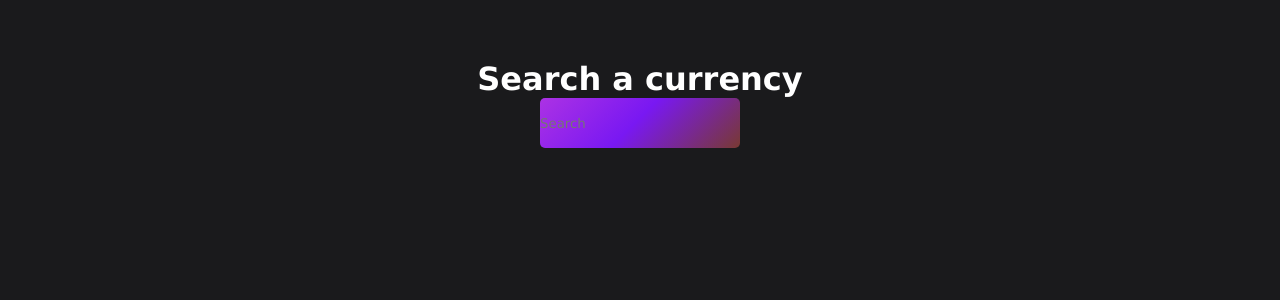
Repository: adder206/react-api-crypto-tracker
Page: /
The author's editor kept a copy of each file at every save. The page is drawn from the files as they stood at one save, then again after the next save.
The browser window is 1280 px wide. The pictures show the whole page.
The page's requests for data from a server got no answer. The project was rebuilt for these pictures with package versions that can differ from the ones it lists, and the page was loaded fresh each time. No one was signed in, and anything a server would have sent is missing. Also part of the build but not shown: src/Coin.js, src/Coin.css.

Above is the page before, as saved 2021-03-12 13:55:38.

After the next save:
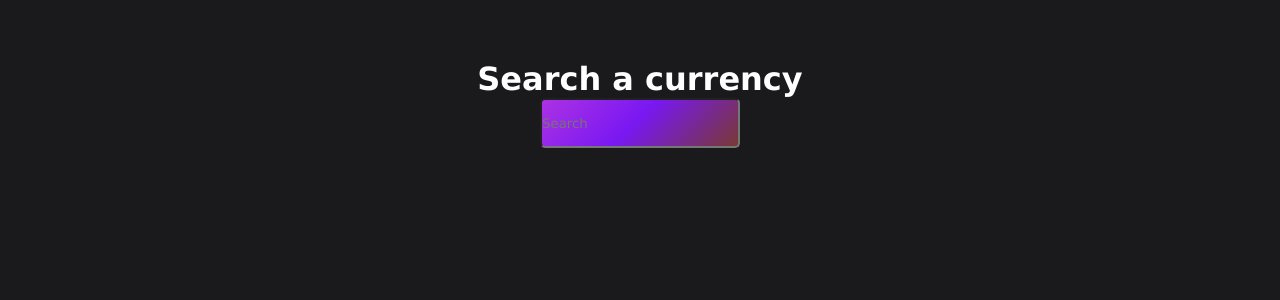
Saved 9 s later.
--- a/src/App.css
+++ b/src/App.css
@@ -28,7 +28,6 @@
   width: 200px;
   height: 50px;
   border-radius: 5px;
-  border: none;
   background-image:linear-gradient(
     -225deg,
     #ac32e4 0%,
